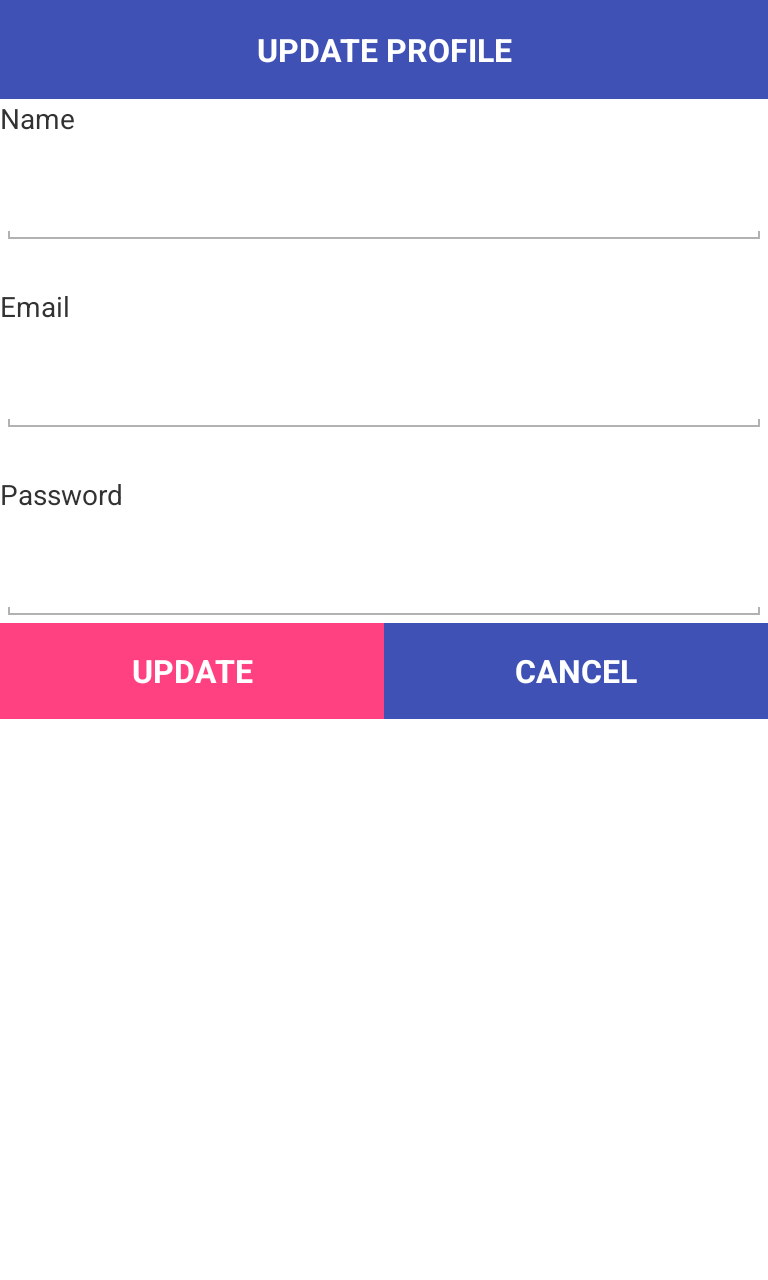
Repository: Harshil737/Career-Launcher
Layout: CareerLauncher/res/layout/item_profile_update.xml
These files come from the project's save history. The layout is drawn as it stood at one moment and after the next save; the edit follows.
It is drawn on a 768 x 1280 px phone screen (xhdpi) without system bars, with theme AppTheme; the app's code is not run.

Above is the layout before, as saved 2017-11-05 13:18:50.

### CareerLauncher/res/layout/item_profile_update.xml
<?xml version="1.0" encoding="utf-8"?>
<LinearLayout xmlns:android="http://schemas.android.com/apk/res/android"
    android:layout_width="match_parent"
    android:layout_height="match_parent"
    android:orientation="vertical" >

    <TextView
        android:layout_width="match_parent"
        android:layout_height="wrap_content"
        android:background="@color/colorPrimary"
        android:gravity="center_horizontal"
        android:padding="14dp"
        android:text="UPDATE PROFILE"
        android:textColor="@color/colorWhite"
        android:textSize="16sp"
        android:textStyle="bold" />

    <TextView
        android:id="@+id/item_profile_tv_name"
        android:layout_width="wrap_content"
        android:layout_height="wrap_content"
        android:paddingBottom="5dp"
        android:text="Name" />

    <EditText
        android:id="@+id/item_profile_name"
        android:layout_width="match_parent"
        android:layout_height="50dp"
        android:gravity="bottom" />

    <TextView
        android:id="@+id/item_profile_tv_email"
        android:layout_width="wrap_content"
        android:layout_height="wrap_content"
        android:paddingBottom="5dp"
        android:paddingTop="20dp"
        android:text="Email" />

    <EditText
        android:id="@+id/item_profile_mail"
        android:layout_width="match_parent"
        android:layout_height="50dp"
        android:gravity="bottom" />

    <TextView
        android:id="@+id/item_profile_tv_password"
        android:layout_width="wrap_content"
        android:layout_height="wrap_content"
        android:paddingBottom="5dp"
        android:paddingTop="20dp"
        android:text="Password" />

    <EditText
        android:id="@+id/item_profile_password"
        android:layout_width="match_parent"
        android:layout_height="50dp"
        android:gravity="bottom"
        android:inputType="textPassword" />

    <LinearLayout
        android:layout_width="match_parent"
        android:layout_height="wrap_content"
        android:orientation="horizontal" >

        <Button
            android:id="@+id/item_profile_btn_update"
            android:layout_width="0dp"
            android:layout_height="wrap_content"
            android:layout_weight="1"
            android:background="@color/colorAccent"
            android:text="UPDATE"
            android:textColor="@color/colorWhite"
            android:textSize="16sp"
            android:textStyle="bold" />

        <Button
            android:id="@+id/item_profile_btn_cancel"
            android:layout_width="0dp"
            android:layout_height="wrap_content"
            android:layout_weight="1"
            android:background="@color/colorPrimary"
            android:text="CANCEL"
            android:textColor="@color/colorWhite"
            android:textSize="16sp"
            android:textStyle="bold" />
    </LinearLayout>

</LinearLayout>

### CareerLauncher/res/values/styles.xml
<resources>

    <style name="AppBaseTheme" parent="android:Theme.Light"></style>

    <!-- Application theme. -->
    <style name="AppTheme" parent="AppBaseTheme"></style>

</resources>

### CareerLauncher/res/values/colors.xml
<?xml version="1.0" encoding="utf-8"?>
<resources>

    <color name="colorPrimary">#3F51B5</color>
    <color name="colorPrimaryDark">#303F9F</color>
    <color name="colorAccent">#FF4081</color>
    <color name="colorWhite">#FFFFFF</color>
    <color name="offWhite">#dcdcdc</color>
    <color name="Black">#000000</color>
    <color name="Green">#388e3c</color>
    <color name="lightGreen">#00c853</color>
    <color name="Grey">#9e9e9e</color>
    <color name="yellow">#ffd600</color>

</resources>

Loaded but not shown: CareerLauncher/res/values-v11/styles.xml (common file); CareerLauncher/res/values-v14/styles.xml (common file)

After the next save:
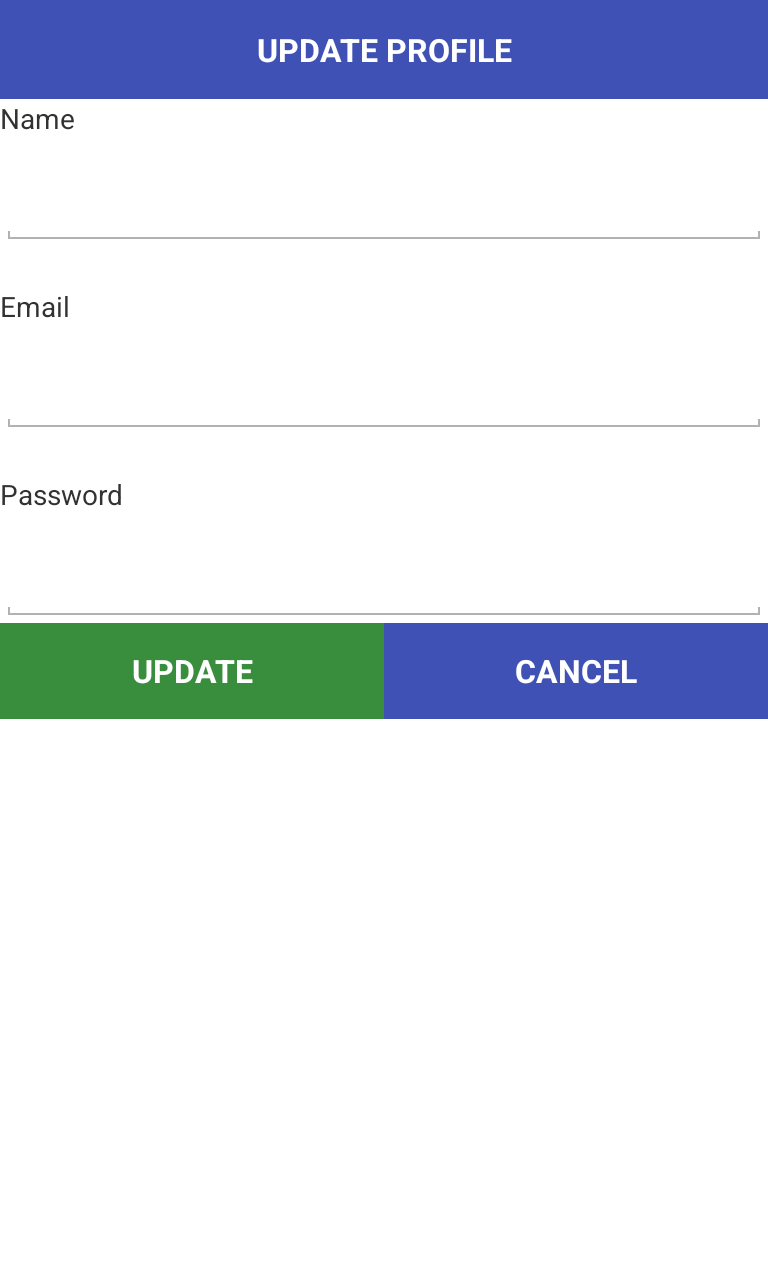
Saved 9 s later.
--- a/CareerLauncher/res/layout/item_profile_update.xml
+++ b/CareerLauncher/res/layout/item_profile_update.xml
@@ -67,7 +67,7 @@
             android:layout_width="0dp"
             android:layout_height="wrap_content"
             android:layout_weight="1"
-            android:background="@color/colorAccent"
+            android:background="@color/Green"
             android:text="UPDATE"
             android:textColor="@color/colorWhite"
             android:textSize="16sp"
